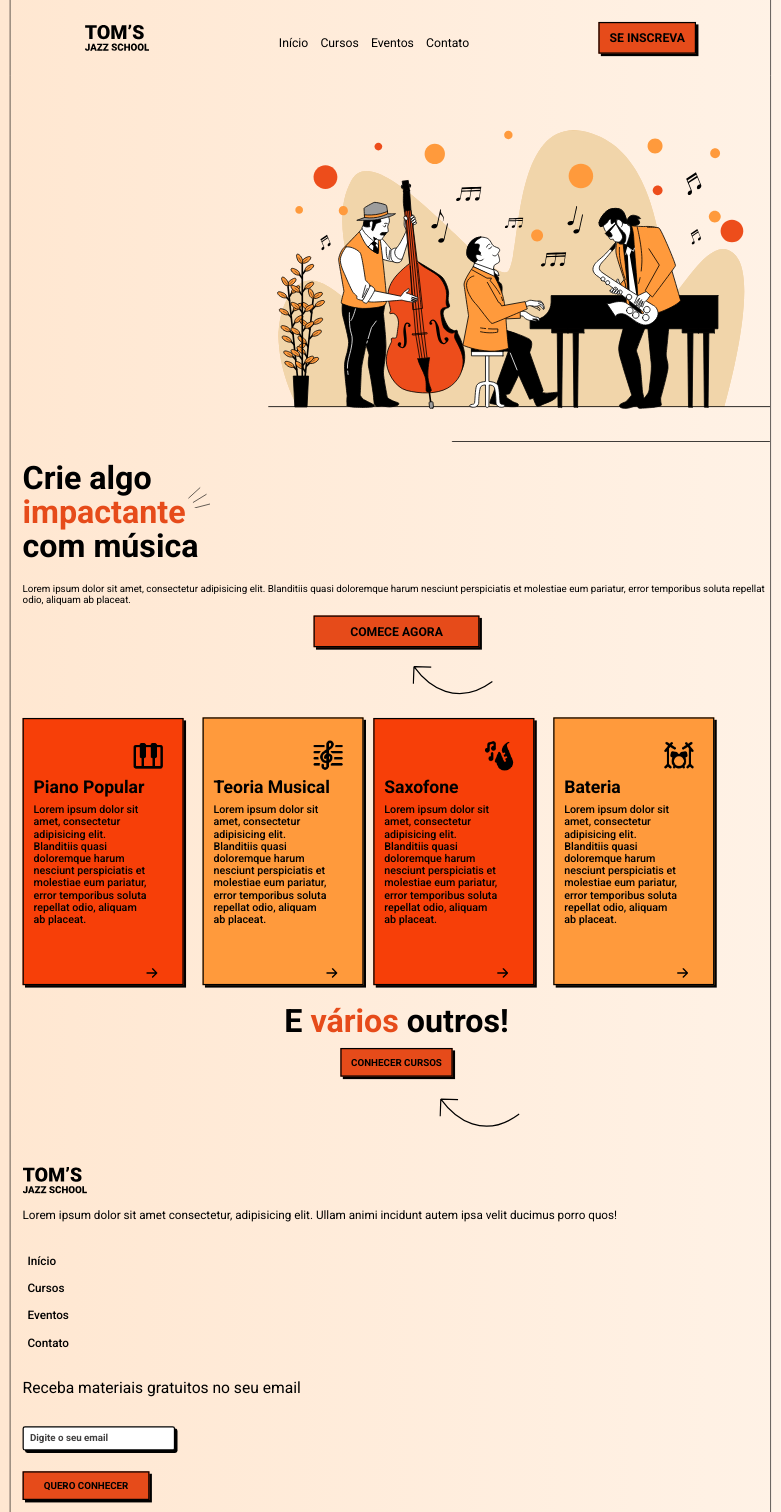
Repository: guilhermecardoso93/obebitecode
Page: index.html
These files come from the project's save history. The page is drawn as it stood at one moment and after the next save; the edit follows.
The browser window is 1280 px wide. The pictures show the whole page, at 61% of full size.

Above is the page before, as saved 2023-08-16 21:11:56.

After the next save:
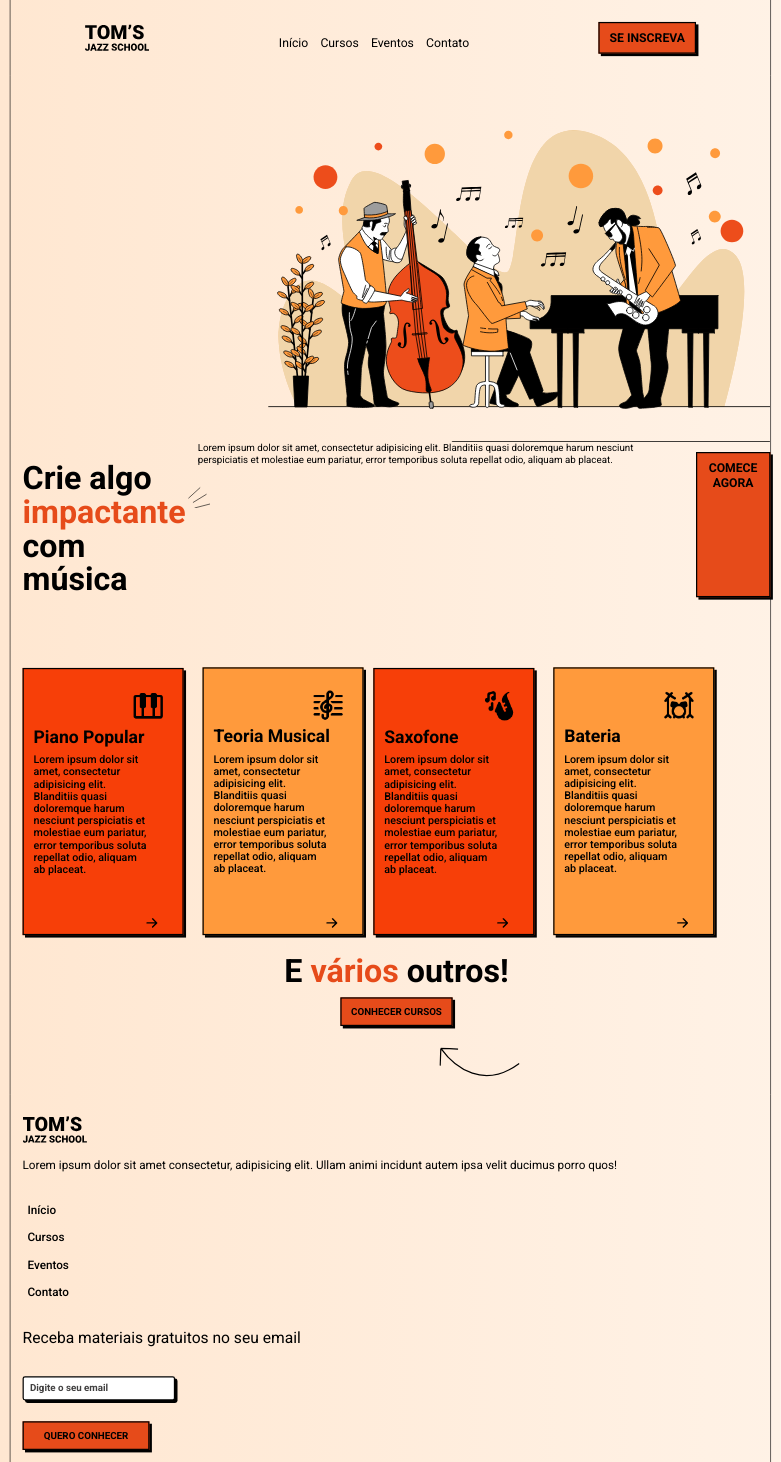
Saved 53 s later.
--- a/index.html
+++ b/index.html
@@ -27,8 +27,9 @@
 
     <main>
       <section class="hero-section">
+        <div>
         <img src="./assets/hero-img.svg" alt="Banda de Jazz Tocando" />
-        <div>
+        <div class="container">
           <h1 class="mt-2">
             Crie algo <span class="text-primary decoration">impactante</span> com música
           </h1>
@@ -39,6 +40,7 @@
           </p>
           <a href="/" class="subscribeButton mt-1 mx-auto">Comece Agora</a>
         </div>
+      </div>
       </section>
       <section class="hero-section">
         <div class="cards">
